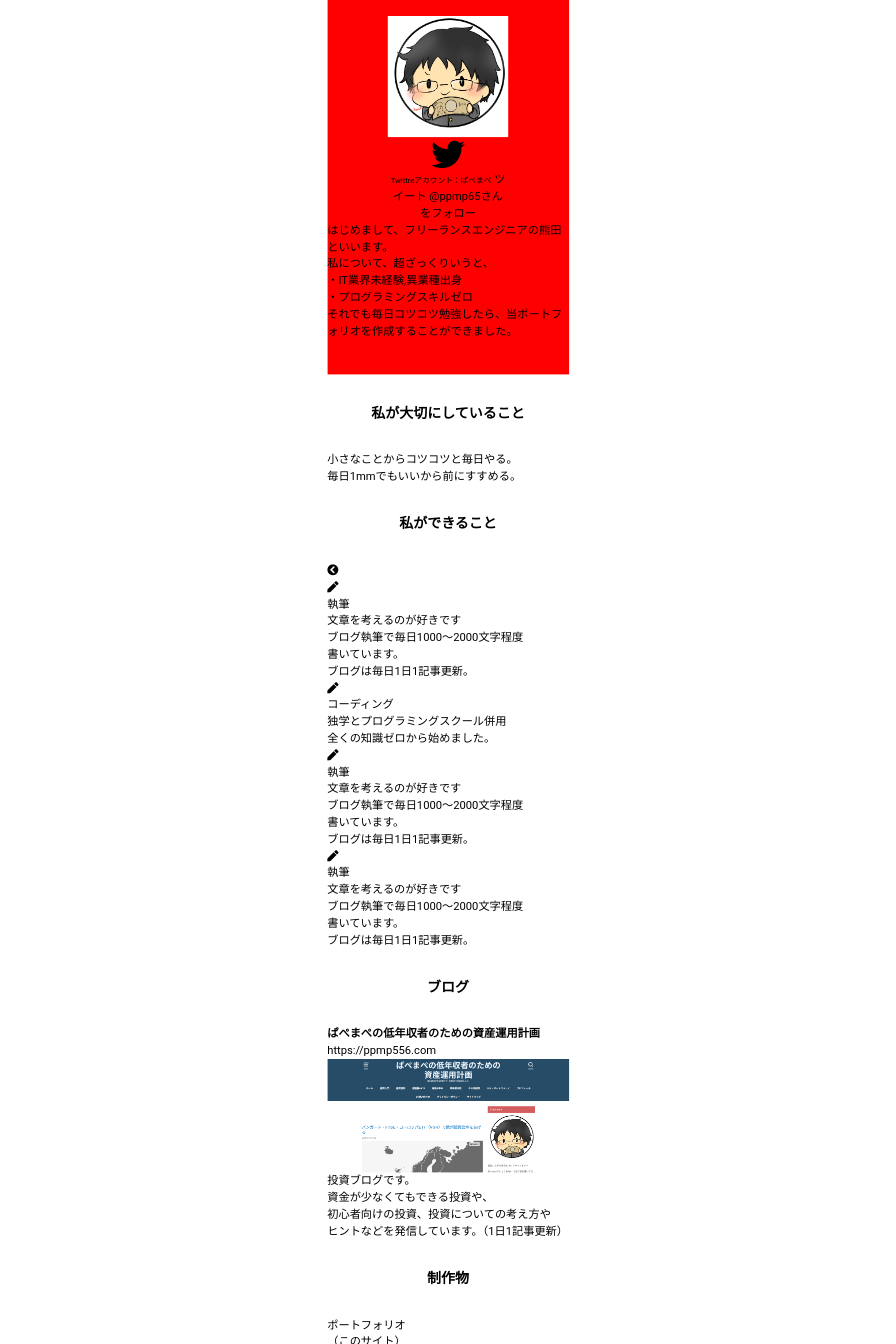
Repository: ppmp556/portfolio6
Page: index copy.html
These files come from the project's save history. The page is drawn as it stood at one moment and after the next save; the edit follows.
The browser window is 1280 px wide. The pictures show the part of the page from y = 857 to 2777 px (the page is 2930 px tall before and 2906 px after), at 70% of full size.
Some web libraries are served in a nearby version. The style sheet was rebuilt from its Sass, Less or Tailwind sources for each picture, by a compiler version that may differ from the author's.

Above is the page before, as saved 2020-10-11 19:58:31.
Console error: TypeError: Cannot read properties of null (reading 'addEventListener')

After the next save:
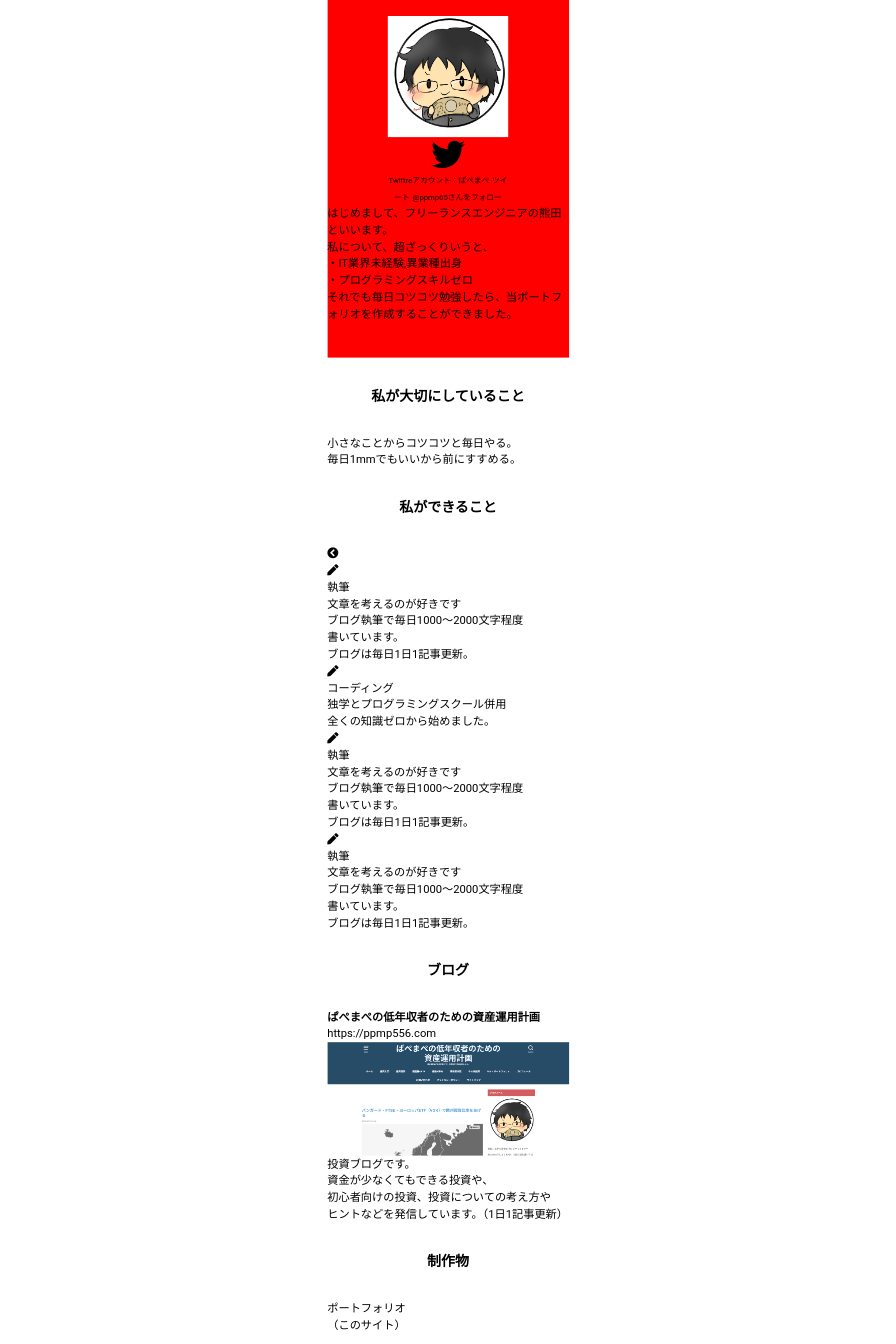
Saved 4 s later.
--- a/index copy.html
+++ b/index copy.html
@@ -101,7 +101,7 @@
 
                     <a
                       href="https://twitter.com/share"
-                      class="twitter-share-button"
+                      class="twitter_share_button"
                       data-via="webgaku"
                       data-lang="ja"
                       >ツイート</a
@@ -109,7 +109,7 @@
 
                     <a
                       href="https://twitter.com/ppmp65"
-                      class="twitter-follow-button"
+                      class="twitter_follow_button"
                       data-show-count="false"
                       data-lang="ja"
                       >@ppmp65さんをフォロー</a

After the save that followed:
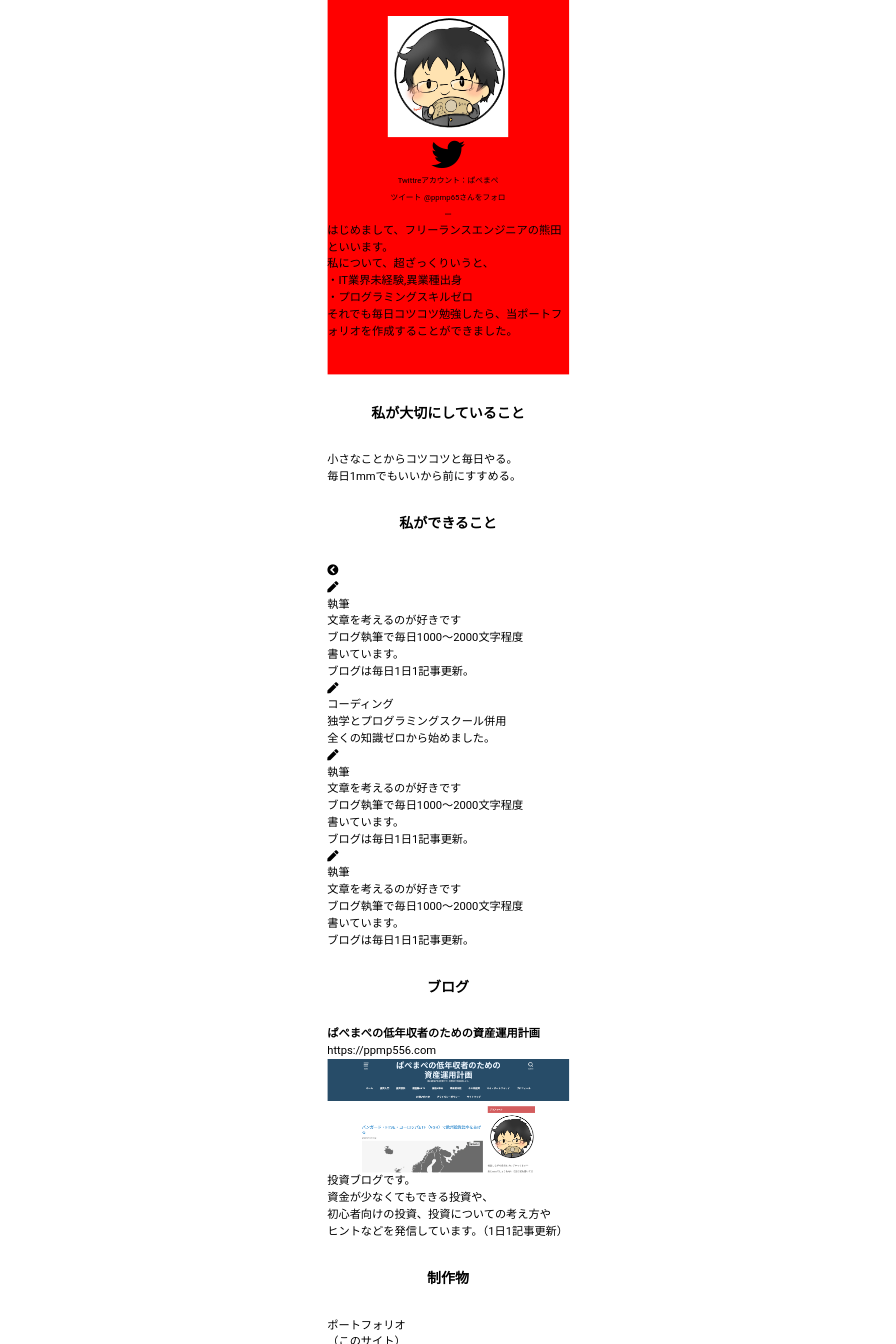
Saved 26 s later.
--- a/index copy.html
+++ b/index copy.html
@@ -98,7 +98,7 @@
                       <p class="about_sharetxt">Twittreアカウント：ぱぺまぺ</p>
                       <!-- /.about_sharetxt --> </a
                     ><!-- /.about_share_icon -->
-
+                      <br>
                     <a
                       href="https://twitter.com/share"
                       class="twitter_share_button"
